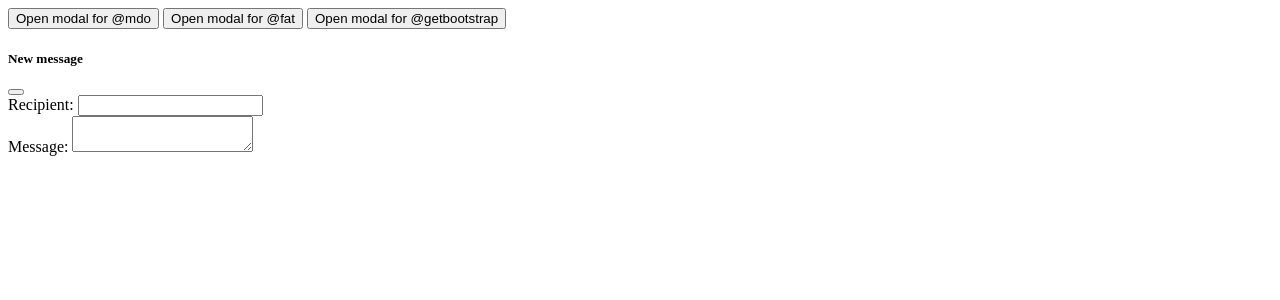
Repository: HeorhiiPotapov/contacts-app
Page: contacts/templates/contacts/modal_create.html
The author's editor kept a copy of each file at every save. The page is drawn from the files as they stood at one save, then again after the next save.
The browser window is 1280 px wide. The pictures show the whole page.
The template is drawn by Django 4.2. The application's start-up code is not run. Other server files are loaded and not shown. The template is opened directly, without the code that normally fills it, so the values that code supplies are empty.

Above is the page before, as saved 2021-10-03 22:48:54.

### contacts/templates/contacts/modal_create.html
<button
  type="button"
  class="btn btn-primary"
  data-bs-toggle="modal"
  data-bs-target="#exampleModal"
  data-bs-whatever="@mdo"
>
  Open modal for @mdo
</button>
<button
  type="button"
  class="btn btn-primary"
  data-bs-toggle="modal"
  data-bs-target="#exampleModal"
  data-bs-whatever="@fat"
>
  Open modal for @fat
</button>
<button
  type="button"
  class="btn btn-primary"
  data-bs-toggle="modal"
  data-bs-target="#exampleModal"
  data-bs-whatever="@getbootstrap"
>
  Open modal for @getbootstrap
</button>

<div
  class="modal fade"
  id="exampleModal"
  tabindex="-1"
  aria-labelledby="exampleModalLabel"
  aria-hidden="true"
>
  <div class="modal-dialog">
    <div class="modal-content">
      <div class="modal-header">
        <h5 class="modal-title" id="exampleModalLabel">New message</h5>
        <button
          type="button"
          class="btn-close"
          data-bs-dismiss="modal"
          aria-label="Close"
        ></button>
      </div>
      <div class="modal-body">
        <form>
          <div class="mb-3">
            <label for="name_field" class="col-form-label">Recipient:</label>
            <input type="text" class="form-control" id="name_field" />
          </div>
          <div class="mb-3">
            <label for="message-field" class="col-form-label">Message:</label>
            <textarea class="form-control" id="message-field"></textarea>
          </div>
        </form>
      </div>
      {% comment %}
      <div class="modal-footer">
        <button type="button" class="btn btn-secondary" data-bs-dismiss="modal">
          Close
        </button>
        <button type="button" class="btn btn-primary">Send message</button>
      </div>
      {% endcomment %}
    </div>
  </div>
</div>

After the next save:
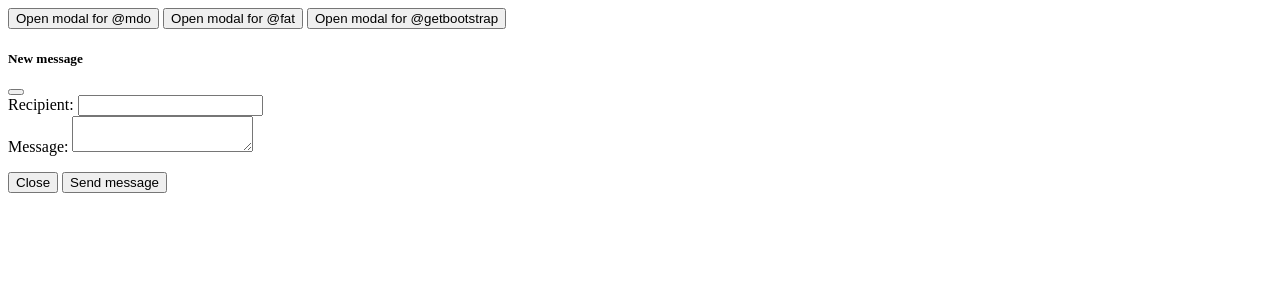
Saved 11 s later.
--- a/contacts/templates/contacts/modal_create.html
+++ b/contacts/templates/contacts/modal_create.html
@@ -56,14 +56,12 @@
           </div>
         </form>
       </div>
-      {% comment %}
       <div class="modal-footer">
         <button type="button" class="btn btn-secondary" data-bs-dismiss="modal">
           Close
         </button>
         <button type="button" class="btn btn-primary">Send message</button>
       </div>
-      {% endcomment %}
     </div>
   </div>
 </div>
